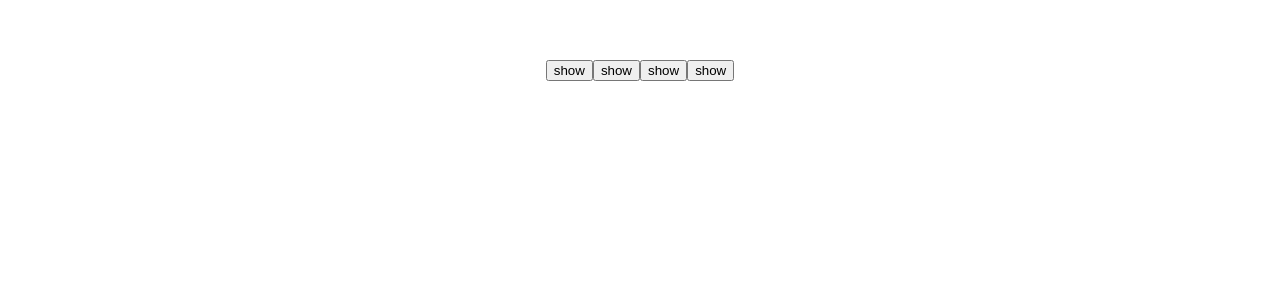
Repository: iulucky6/yf_messageBox
Page: /
The author's editor kept a copy of each file at every save. The page is drawn from the files as they stood at one save, then again after the next save.
The browser window is 1280 px wide. The pictures show the whole page.
The project was rebuilt for these pictures with package versions that can differ from the ones it lists, and the page was loaded fresh each time. Also part of the build but not shown: src/components/MessageBox/index.vue, src/components/HelloWorld.vue.

Above is the page before, as saved 2023-09-14 12:34:57.

After the next save:
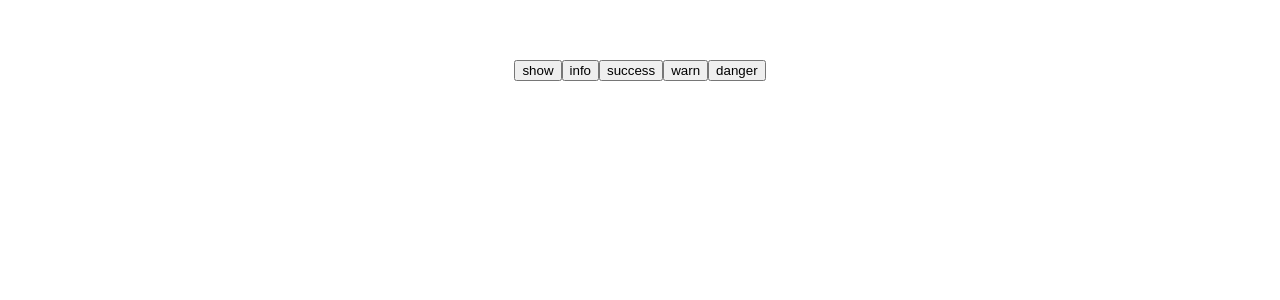
Saved 54 s later.
--- a/src/App.vue
+++ b/src/App.vue
@@ -4,9 +4,10 @@
     <!-- <router-view/> -->
     <!-- <MessageBox title="提交" content="App" type="danger"></MessageBox> -->
     <button @click="openMessageBox">show</button>
-    <button @click="openMessageBox">show</button>
-    <button @click="openMessageBox">show</button>
-    <button @click="openMessageBox">show</button>
+    <button @click="openInfoMessageBox">info</button>
+    <button @click="openSuccessMessageBox">success</button>
+    <button @click="openWarnMessageBox">warn</button>
+    <button @click="openDangerMessageBox">danger</button>
   </div>
 </template>
 
@@ -29,6 +30,9 @@ export default {
         console.log('open');
         //可做请求数据等操作
       })
+    },
+    openInfoMessageBox(){
+
     }
   }
 };
